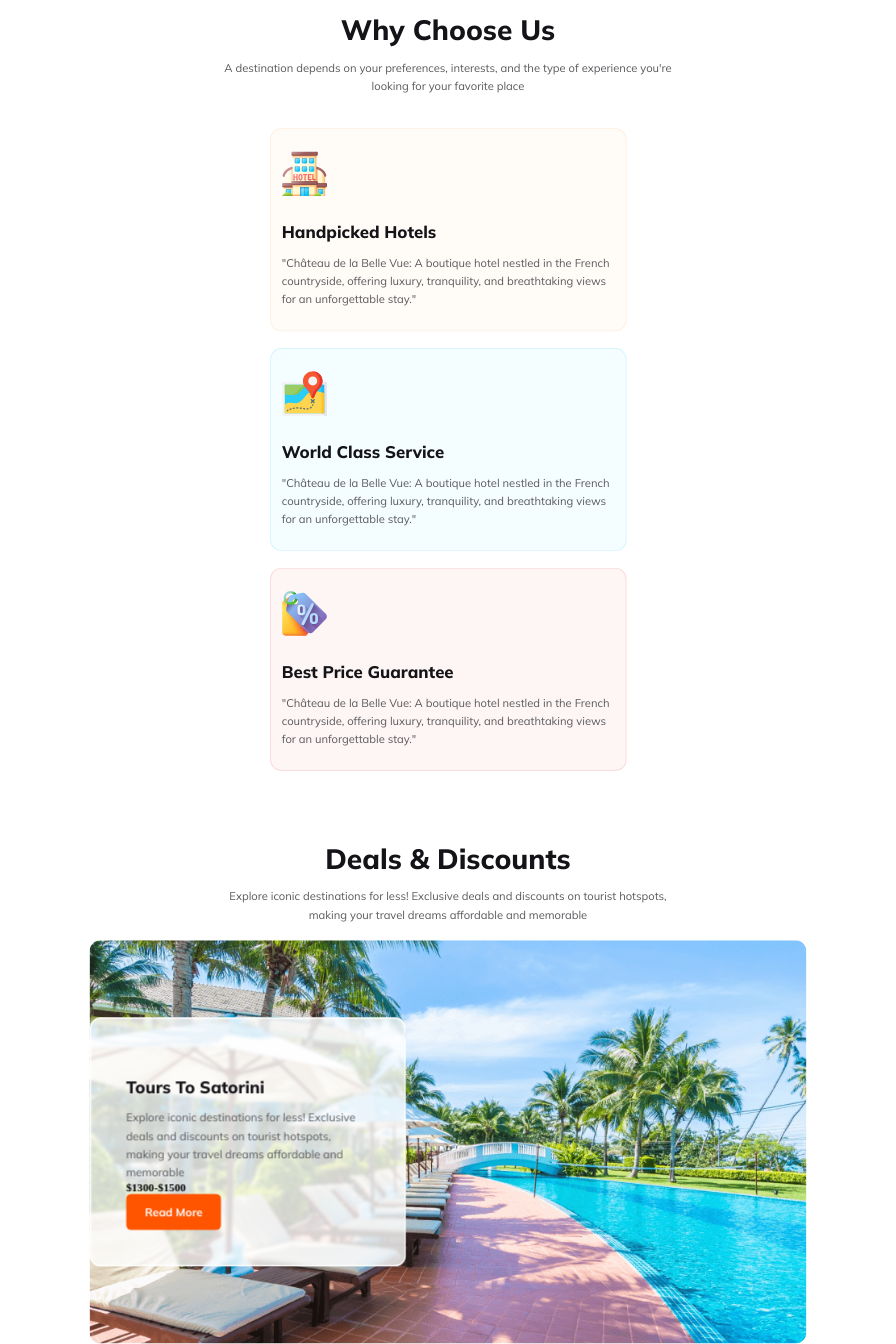
Repository: ShouravAhammed/Assignment-2
Page: index.html
The author's editor kept a copy of each file at every save. The page is drawn from the files as they stood at one save, then again after the next save.
The browser window is 1280 px wide. The pictures show the part of the page from y = 2665 to 4585 px (the page is 4585 px tall), at 70% of full size.
Some web libraries are served in a nearby version.

Above is the page before, as saved 2024-01-16 18:00:00.

### index.html
<!DOCTYPE html>
<html lang="en">
<head>
    <meta charset="UTF-8">
    <meta name="viewport" content="width=device-width, initial-scale=1.0">
    <!-- website title -->
    <title>Easy Travel</title>
    <!-- linked font awesome -->
    <script src="https://kit.fontawesome.com/0d98d502eb.js" crossorigin="anonymous"></script>
    <!-- linked favicon -->
    <link rel="shortcut icon" href="Images/Group 40071 (2).png" type="image/x-icon">
    <!-- linked css -->
    <link rel="stylesheet" href="styles/style.css">
</head>
<body>
    <!-- header part start -->
    <header id="header">
        <div class="container">
            <nav class="navigation">
                    <a class="website-name" href="">
                        <img src="Images/Group 40071 (2).png" alt="">
                        <h3 class="web-text">Easy <span class="web-text-color">Travel</span></h3>
                    </a>
                    <input type="checkbox" id="check">
                    <label for="check" class="checkbtn"><i class="fa-solid fa-bars"></i></label>
                    <ul class="nav">
                        <li><a class="active" href="">Home</a></li>
                        <li><a href="">Packages</a></li>
                        <li><a href="">Testimonial</a></li>
                        <li><a href="">Blog</a></li>
                        <li><a href="">Contact</a></li>
                    </ul>
                </nav>

                <section id="banner">
                    <div class="banner-container">
                        <div class="banner-text">
                            <h2 class="banner-title">Explore Your Travel</h2>
                        <p class="banner-description">Share your destination, interests, and preferences, and I'll assist in crafting a personalized itinerary for your unforgettable journey.</p>
                        </div>
                        <form class="banner-form" action="">
                            <input type="text" placeholder="Where go">
                            <select name="" id="">
                                <option value="">When</option>
                                <option value="">10:00pm</option>
                                <option value="">12:00am</option>
                                <option value="">3:00pm</option>
                                <option value="">01:00pm</option>
                            </select>
                            <select name="" id="">
                                <option value="">Select Type</option>
                                <option value="">Maldives</option>
                                <option value="">Srilanka</option>
                                <option value="">Bangladesh</option>
                                <option value="">Bandarban</option>
                                <option value="">North America</option>
                            </select>
                            <button class="primary-btn"><i class="fa-solid fa-magnifying-glass"></i> Find Now</button>
                        </form>
                    </div>
                </section>
        </div>
    </header>
    <!-- header part end -->
    <!-- main part start -->
    <main>
        <section id="tour">
            <div class="container">
                <div class="tour-container">
                    <div class="tour-text">
                        <h3 class="primary-title">Our Popular Tours</h3>
                        <p class="primary-description">Discover scenic wonders, cultural gems, and thrilling adventures with our popular tours—crafted for memorable experiences and lasting memories.</p>
                        <ul class="tour-list">
                            <li>Tempus euismod lacus mauris dignissim quis in ultrices. Magna nullam odio neque diam. Sociis erat at .</li>
                            <li>Adipiscing ornare pellentesque mauris volutpat tortor vitae platea porta lacus. Lectus suspendisse nullam.</li>
                            <li>Amet consectetur. Vulputate commodo felis molestie risus
                                ornare nulla amet et. Libero commodo sagittis dignissim adipiscing quis. Habitant adipiscing risus natoque aliquet. Id bibendum nunc senectus semper tincidunt.
                            </li>
                        </ul>
                        <p class="primary-description">Embark on unforgettable journeys with our popular tours. From cultural escapades to thrilling adventures, our meticulously crafted experiences promise to create lasting memories in breathtaking destinations worldwide.</p>
                        <button class="primary-btn">Read More</button>
                    </div>
                    <div class="tour-img">
                        <img src="Images/Rectangle 4.png" alt="tour-img">
                    </div>
                </div>
            </div>
        </section>
        <!-- destination section part -->
        <section id="destination">
            <div class="container">
                <dive class="destination-container">
                    <div class="primary-text">
                        <h3 class="primary-title">Choose Your Destination</h3>
                    <p class="primary-description">A destination depends on your preferences, interests, and the type of experience you're looking for......</p>
                    </div>
                    <div class="destination-content">
                        <div class="destination-img" id="img1">
                            <img src="Images/Rectangle 5.png" alt="">
                            <h3 class="destination-img-title">Maldives</h3>
                        </div>
                        <div class="destination-img" id="img2">
                            <img src="Images/Rectangle 8.png" alt="">
                            <h3 class="destination-img-title">Indonesia</h3>
                        </div>
                        <div class="destination-img" id="img3">
                            <img src="Images/Rectangle 6.png" alt="">
                            <h3 class="destination-img-title">Srilanka</h3>
                        </div>
                        <div class="destination-img" id="img4">
                            <img src="Images/Rectangle 7.png" alt="">
                            <h3 class="destination-img-title">North America</h3>
                        </div>
                        <div class="destination-img" id="img5">
                            <img src="Images/Rectangle 9.png" alt="">
                            <h3 class="destination-img-title">Kashmir</h3>
                        </div>
                        <div class="destination-img" id="img6">
                            <img src="Images/Rectangle 11.png" alt="">
                            <h3 class="destination-img-title">Bangladesh</h3>
                        </div>
                        <div class="destination-img" id="img7">
                            <img src="Images/Rectangle 10.png" alt="">
                            <h3 class="destination-img-title">Bandarban</h3>
                        </div>
                    </div>
                </dive>
            </div>
        </section>
        <!-- why choose us section part -->
        <section id="choose">
            <div class="container">
                <div class="choose-container">
                    <div class="primary-text">
                        <h3 class="primary-title">Why Choose Us</h3>
                    <p class="primary-description">A destination depends on your preferences, interests, and the type of experience you're looking for your favorite place</p>
                    </div>
                    <div class="choose-content">
                        <div class="choose-boxes box-yellow">
                            <img src="icons/hotel.svg" alt="">
                            <h3 class="choose-title">Handpicked Hotels</h3>
                            <p class="choose-description">"Château de la Belle Vue: A boutique hotel nestled in the French countryside, offering luxury, tranquility, and breathtaking views for an unforgettable stay."</p>
                        </div>
                        <div class="choose-boxes box-sky">
                            <img src="icons/map.svg" alt="">
                            <h3 class="choose-title">World Class Service</h3>
                            <p class="choose-description">"Château de la Belle Vue: A boutique hotel nestled in the French countryside, offering luxury, tranquility, and breathtaking views for an unforgettable stay."</p>
                        </div>
                        <div class="choose-boxes box-darkyellow">
                            <img src="icons/price.svg" alt="">
                            <h3 class="choose-title">Best Price Guarantee</h3>
                            <p class="choose-description">"Château de la Belle Vue: A boutique hotel nestled in the French countryside, offering luxury, tranquility, and breathtaking views for an unforgettable stay."</p>
                        </div>
                    </div>
                </div>
            </div>
        </section>
        <!-- deals section part -->
        <section id="deals">
            <div class="container">
                <div class="deals-container">
                    <div class="primary-text">
                        <h3 class="primary-title">Deals & Discounts</h3>
                    <p class="primary-description">Explore iconic destinations for less! Exclusive deals and discounts on tourist hotspots, making your travel dreams affordable and memorable</p>
                    </div>
                    <div class="deals-content">
                        <div class="deals-text">
                            <div class="date-time">
                                <p></p>
                                <p></p>
                                <p></p>
                            </div>
                            <h3 class="choose-title">Tours To Satorini</h3>
                            <p class="choose-description">Explore iconic destinations for less! Exclusive deals and discounts on tourist hotspots, making your travel dreams affordable and memorable</p>
                            <h4 class="deals-price">$1300-$1500</h4>
                            <button class="primary-btn">Read More</button>
                        </div>
                    </div>
                </div>
            </div>
        </section>
    </main>
    <!-- main part end -->
    <!-- footer part start -->
    <footer>

    </footer>
    <!-- footer part end -->
</body>
</html>

### styles/style.css
/* Import Fonts From Google Fonts */
@import url('https://fonts.googleapis.com/css2?family=Mulish:ital,wght@0,200;0,300;0,400;0,500;0,600;0,700;0,800;0,900;0,1000;1,200;1,300;1,400;1,500;1,600;1,700;1,800;1,900;1,1000&display=swap');@import url('https://fonts.googleapis.com/css2?family=Mulish:ital,wght@0,200;0,300;0,400;0,500;0,600;0,700;0,800;0,900;0,1000;1,200;1,300;1,400;1,500;1,600;1,700;1,800;1,900;1,1000&display=swap');

/* color clearance */
:root{
    --primary-color: #FF5400;
    --secondary-color: #131318;
    --third-color: #fff;
}

/* all default size off */
*{
    margin: 0;
    padding: 0;
    outline: 0;
    box-sizing: border-box;
}
/* container display measuring size*/
.container{
    width: 80%;
    margin: 0 auto;
}
/* primary title, description and button */
.primary-title{
    color: var(--secondary-color);
    font-family: Mulish;
    font-size: 2.5rem;
    font-weight: 800;
}
.primary-description{
    color: rgba(19, 19, 24, 0.70);
    font-family: Mulish;
    font-size: 1rem;
    font-weight: 400;
    line-height: 26px;
    margin: 16px 0;
}
/* navigation css style */
.navigation{
    display: flex;
    align-items: center;
    justify-content: space-between;
    margin: 40px 0;
}
.website-name{
    display: flex;
    align-items: center;
    gap: 16px;
    text-decoration: none;
}
.website-name img{
    width: 48px;
}
.website-name .web-text{
    color: var(--secondary-color);
    font-family: Mulish;
    font-size: 2.25rem;
    font-weight: 800;
}
.website-name .web-text-color{
    color: var(--primary-color);
}


.checkbtn{
    font-size: 1.75rem;
    color: #131318;
    display: none;
}
#check{
    display: none;
}



.navigation > .nav{
    display: flex;
    align-items: center;
    gap: 44px;
}
.nav > li{
    list-style: none;
}
.nav > li a{
    color: #424247;
    font-family: Mulish;
    font-size: 1.125rem;;
    font-weight: 400;
    text-decoration: none;
    transition: all ease 0.3s;
}
.nav > li a.active, .nav > li a:hover{
    color: var(--primary-color);
}

#banner{
    background-image: linear-gradient(180deg, rgba(19, 19, 24, 0.80) 0%, rgba(19, 19, 24, 0.00) 100%), url(../Images/Group13.png);
    background-position: center;
    background-size: cover;
    background-repeat: no-repeat;
    height: 80vh;
    border-radius: 16px;
}
.banner-text{
    padding-top: 106px;
    width: 676px;
    margin: 0 auto 48px auto;
    text-align: center;
}
.banner-text .banner-title{
    color: #FFF;
    font-family: Mulish;
    font-size: 4rem;
    font-weight: 800;
}
.banner-text .banner-description{
    color: #FFF;
    font-family: Mulish;
    font-size: 1rem;
    font-weight: 400;
    line-height: 26px;
    margin-top: 24px;
}
.banner-form{
    border-radius: 8px;
    background: rgba(255, 255, 255, 0.30);
    width: 816px;
    padding: 16px 0px;
    margin: 0 auto;
    text-align: center;
    display: flex;
    align-items: center;
    justify-content: space-evenly;
}
.banner-form input, .banner-form select{
    color: rgba(19, 19, 24, 0.50);
    border-radius: 8px;
    background: #FFF;
    font-family: Mulish;
    font-size: 1rem;
    font-weight: 400;
    padding: 14px;
    border: 2px solid transparent;
    transition: all ease 0.5s;
    width: 200px;
}
.banner-form input:hover{
    border: 2px solid var(--primary-color);
}
.banner-form select:hover{
    border: 2px solid var(--primary-color);
}
.primary-btn{
    color: #FFF;
    font-family: Mulish;
    font-size: 16px;
    font-weight: 700;
    border-radius: 8px;
    background: #FF5400;
    border: none;
    padding: 14px 25px;
    border:  2px solid transparent;
    transition: all ease 0.5s;
}
.primary-btn:hover{
    border: 2px solid var(--primary-color);
    background: #fff;
    color: var(--primary-color);
}



/* tour section css style */
#tour{
    margin: 100px 0;
}
.tour-container{
    display: flex;
    gap: 53px;
    align-items: center;
}
.tour-text{
    width: 47%;
}
.tour-img{
    width: 52%;
}
.tour-img img{
    width: 100%;
}
.tour-list > li{
    color: rgba(19, 19, 24, 0.70);
    font-family: Mulish;
    font-size: 1rem;
    font-weight: 400;
    line-height: 26px;
}
/* destination section css style */

.primary-text{
    width: 643px;
    margin: 0 auto;
    text-align: center;
}
.destination-content{
    display: grid;
    grid-template-columns: repeat(12, 1fr);
    grid-template-rows: repeat(3, 1fr);
    gap: 24px;
    margin-top: 48px;
}
.destination-img {
    position: relative;
    transition: all ease 0.3s;
}
.destination-img:hover{
    filter: grayscale(1);
    transform: scale(1.03);
}
.destination-img .destination-img-title{
    position: absolute;
    top: 0;
    left: 0;
    width: 100%;
    height: 100%;
    display: flex;
    align-items: center;
    justify-content: center;
    color: #FFF;
    font-family: Mulish;
    font-size: 1.75rem;
    font-weight: 800;
}
.destination-img img{
    width: 100%;
    height: 300px;
    object-fit: cover;
    border-radius: 16px;
    background: linear-gradient(0deg, rgba(19, 19, 24, 0.20) 0%, rgba(19, 19, 24, 0.20) 100%);
}
#img1{
    grid-column: 1/ span 6;
    grid-row: 1/ span 1;
}
#img2{
    grid-column: 7/ span 6;
    grid-row: 1/ span 1;
}
#img3{
    grid-column: 1/ span 4;
    grid-row: 2/ span 1;
}
#img4{
    grid-column: 5/ span 5;
    grid-row: 2/ span 1;
}
#img5{
    grid-column: 10/ span 3;
    grid-row: 2/ span 1;
}
#img6{
    grid-column: 1/ span 5;
    grid-row: 3/ span 1;
}
#img7{
    grid-column: 6/ span 7;
    grid-row: 3/ span 1;
}


/* Choose section css style */
#choose{
    margin: 100px 0;
}
.choose-content{
    display: flex;
    gap: 24px;
    flex-wrap: wrap;
    align-items: center;
    justify-content: center;
    margin-top: 48px;
}
.choose-boxes{
    padding: 32px 16px;
    width: 509px;
    border-radius: 16px;
}
.choose-boxes img{
    width: 64px;
}
.box-yellow{
    border: 1px solid rgba(251, 181, 99, 0.20);
    background: rgba(251, 181, 99, 0.05);
}
.box-sky{
    border: 1px solid rgba(41, 206, 246, 0.20);
    background: rgba(41, 206, 246, 0.05);
}
.box-darkyellow{
    border: 1px solid rgba(233, 68, 68, 0.20);
    background: rgba(233, 68, 68, 0.05);
}
.choose-title{
    color: var(--secondary-color);
    font-family: Mulish;
    font-size: 1.5rem;
    font-weight: 800;
    margin-top: 32px;
    margin-bottom: 16px;
}
.choose-description{
    color: #5A5A5D;
    font-family: Mulish;
    font-size: 1rem;
    font-weight: 400;
    line-height: 26px;
}

/* deals section css style */
.deals-content{
    background-image: url(../Images/Group\ 39.png);
    background-position: center;
    background-size: cover;
    background-repeat: no-repeat;
    height: 80vh;
    margin-top: 24px;
    border-radius: 16px;
    display: flex;
    justify-content: center end;
    align-items: center;
}
.deals-text{
    border-radius: 16px;
    border: 2px solid #FFF;
    background: rgba(255, 255, 255, 0.80);
    backdrop-filter: blur(2.5px);
    padding: 50px;
    width: 452px;
}





/* mobile device */
@media only screen and (max-width: 576px){


    /* primary  */
    .primary-title{
        font-size: 1.25rem;
    }
    .primary-description{
        font-size: 0.875rem;
        line-height: 24px;
    }









    /* navigation mobile device part css style */
    .navigation{
        margin: 35px 0;
    }
    .checkbtn{
        display: block;
    }
    .navigation > .nav{
        flex-direction: column;
        gap: 20px;
        padding-top: 30px;
        position: fixed;
        width: 100%;
        height: 50vh;
        background: #fff;
        top: 80px;
        left: -100%;
        text-align: center;
        transition: all ease 0.3s;
    }
    #check{
        display: none;
    }
    #check:checked ~ ul{
        left: 0;
    }

    /* banner mobile device section css style */
    .banner-text {
        padding-top: 32px;
        width: 100%;
        margin-bottom: 32px;
    }
    .banner-text .banner-title{
        font-size: 1.375rem;
    }
    .banner-text .banner-description{
        font-size: 0.875rem;
        line-height: 21px;
    }
    .banner-form input, .banner-form select{
        width: 100%;
    }
    .banner-form {
        width: 85%;
        padding: 16px 20px;
        flex-direction: column;
        gap: 16px;
    }


    /* tour mobile device section css style */
    #tour{
        margin: 24px 0;
    }
    .tour-container {
        gap: 24px;
        flex-direction: column;
    }
    .tour-text{
        width: 100%;
    }
    .tour-list > li{
        font-size: 0.875rem;
        line-height: 24px;
    }
    .tour-img{
        width: 100%;
    }

    /* destination mobile device section css style */
    .primary-text {
        width: 100%;
    }
    .destination-content{
        display: grid;
        grid-template-columns: repeat(12, 1fr);
        grid-template-rows: repeat(7, 1fr);
        gap: 16px;
    }
    #img1{
        grid-column: 1/ span 12;
        grid-row: 1/ span 1;
    }
    #img2{
        grid-column: 1/ span 12;
        grid-row: 2/ span 1;
    }
    #img3{
        grid-column: 1/ span 12;
        grid-row: 3/ span 1;
    }
    #img4{
        grid-column: 1/ span 12;
        grid-row: 4/ span 1;
    }
    #img5{
        grid-column: 1/ span 12;
        grid-row: 5/ span 1;
    }
    #img6{
        grid-column: 1/ span 12;
        grid-row: 6/ span 1;
    }
    #img7{
        grid-column: 1/ span 12;
        grid-row: 7/ span 1;
    }
    .destination-img .destination-img-title {
        font-size: 1.25rem;
    }
    /* choose section css style */
    #choose{
        margin: 24px 0;
    }
    .choose-content {
        margin-top: 16px;
    }
    .choose-boxes{
        width: 100%;
        padding: 32px 32px;
    }
    .choose-title{
        font-size: 1.25rem;
        margin-top: 16px;
    }
    .choose-description{
        font-size: 0.875rem;
    }
}

After the next save:
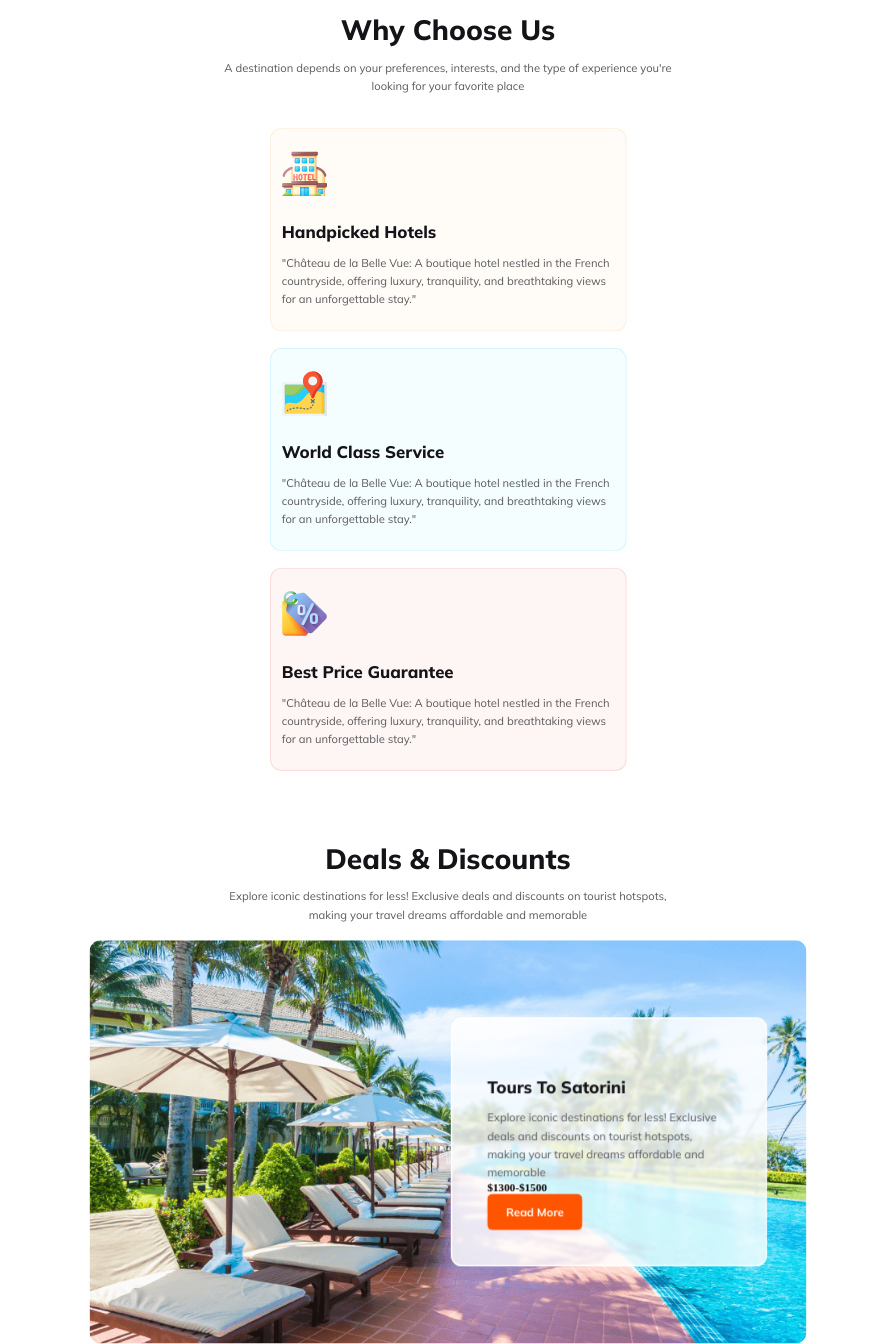
Saved 38 s later.
--- a/styles/style.css
+++ b/styles/style.css
@@ -326,7 +326,7 @@
     margin-top: 24px;
     border-radius: 16px;
     display: flex;
-    justify-content: center end;
+    justify-content: flex-end;
     align-items: center;
 }
 .deals-text{
@@ -336,6 +336,7 @@
     backdrop-filter: blur(2.5px);
     padding: 50px;
     width: 452px;
+    margin-right: 56px;
 }
 
 
